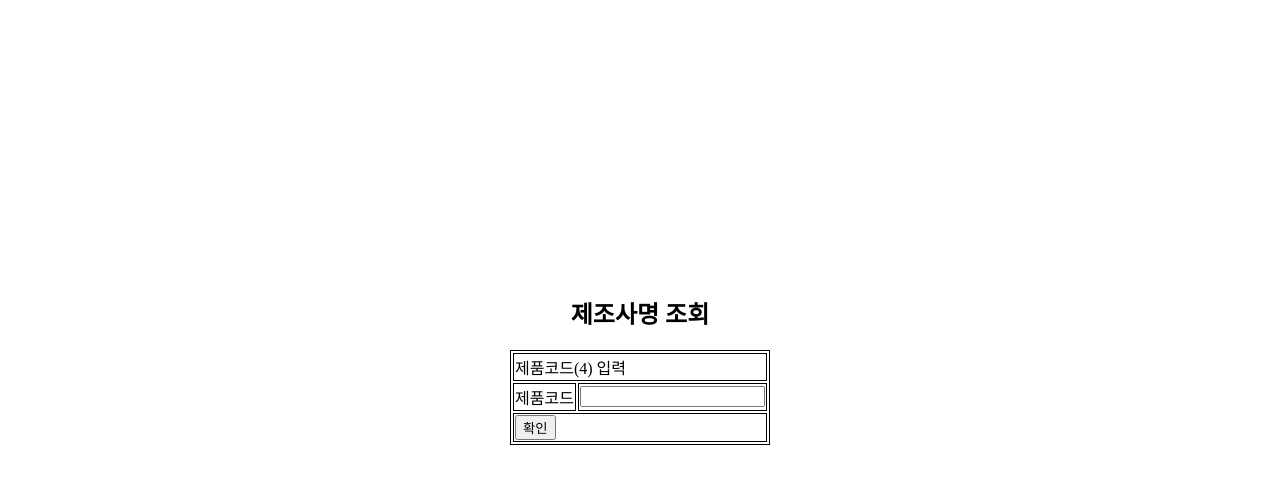
Repository: dlrjsgh367/SW-L5-20V1
Page: SW-L5-20V1/WebContent/task2.html
An editor plug-in stored every save of this project. The page is shown before and after the next save, followed by the edit.
The browser window is 1280 px wide. The pictures show the whole page.

Above is the page before, as saved 2025-01-12 08:22:32.

### SW-L5-20V1/WebContent/task2.html
<!DOCTYPE html>
<html>
<head>
  <meta charset="UTF-8">
  <link rel="stylesheet" href="style.css">
</head>
<body>
  <div class="container">
    <div>
      <h2 class="ta-c">제조사명 조회</h2>
      <table>
        <tr>
          <td colspan="2">
            <div>제품코드(4) 입력</div>
          </td>
        </tr>
        <tr>
          <td>제품코드</td>
          <td><input/></td>
        </tr>
        <tr>
          <td colspan=2">
            <button>확인</button>
          </td>
        </tr>
      </table>
    </div>
  </div>
</body>
</html>

### SW-L5-20V1/WebContent/style.css
html, body {
	margin: 0;
	padding: 0;
	height: 100%
}

table, td {
	border: 1px solid;
}

.container {
	display: flex;
	justify-content: center;
	align-items: center;
	height: 100%;
}

.wrapper {

}

.ta-c {
	text-align: center;
}

After the next save:
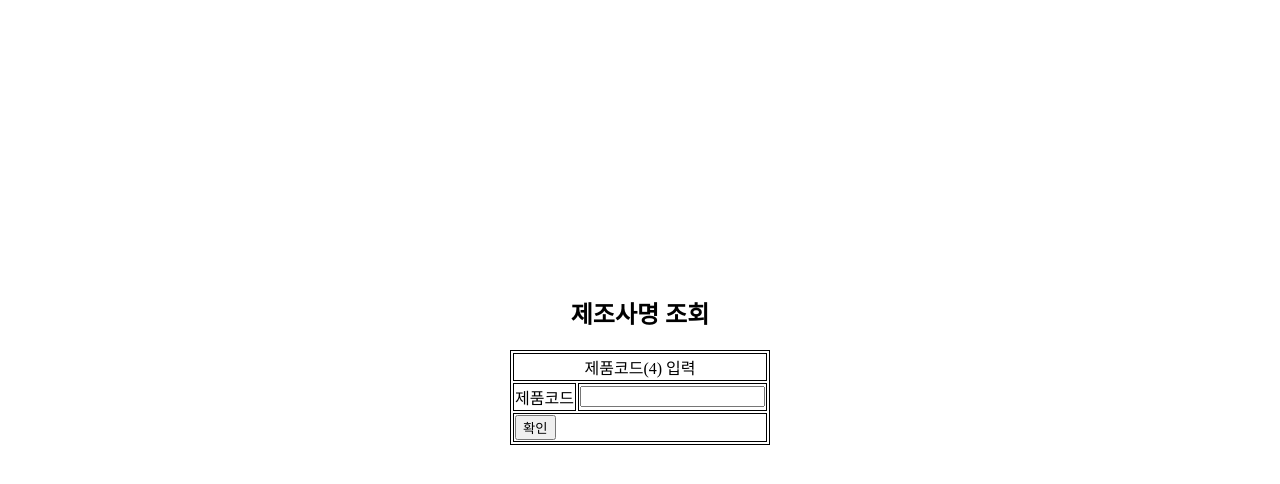
Saved 7 s later.
--- a/SW-L5-20V1/WebContent/task2.html
+++ b/SW-L5-20V1/WebContent/task2.html
@@ -11,7 +11,7 @@
       <table>
         <tr>
           <td colspan="2">
-            <div>제품코드(4) 입력</div>
+            <div class="ta-c">제품코드(4) 입력</div>
           </td>
         </tr>
         <tr>
